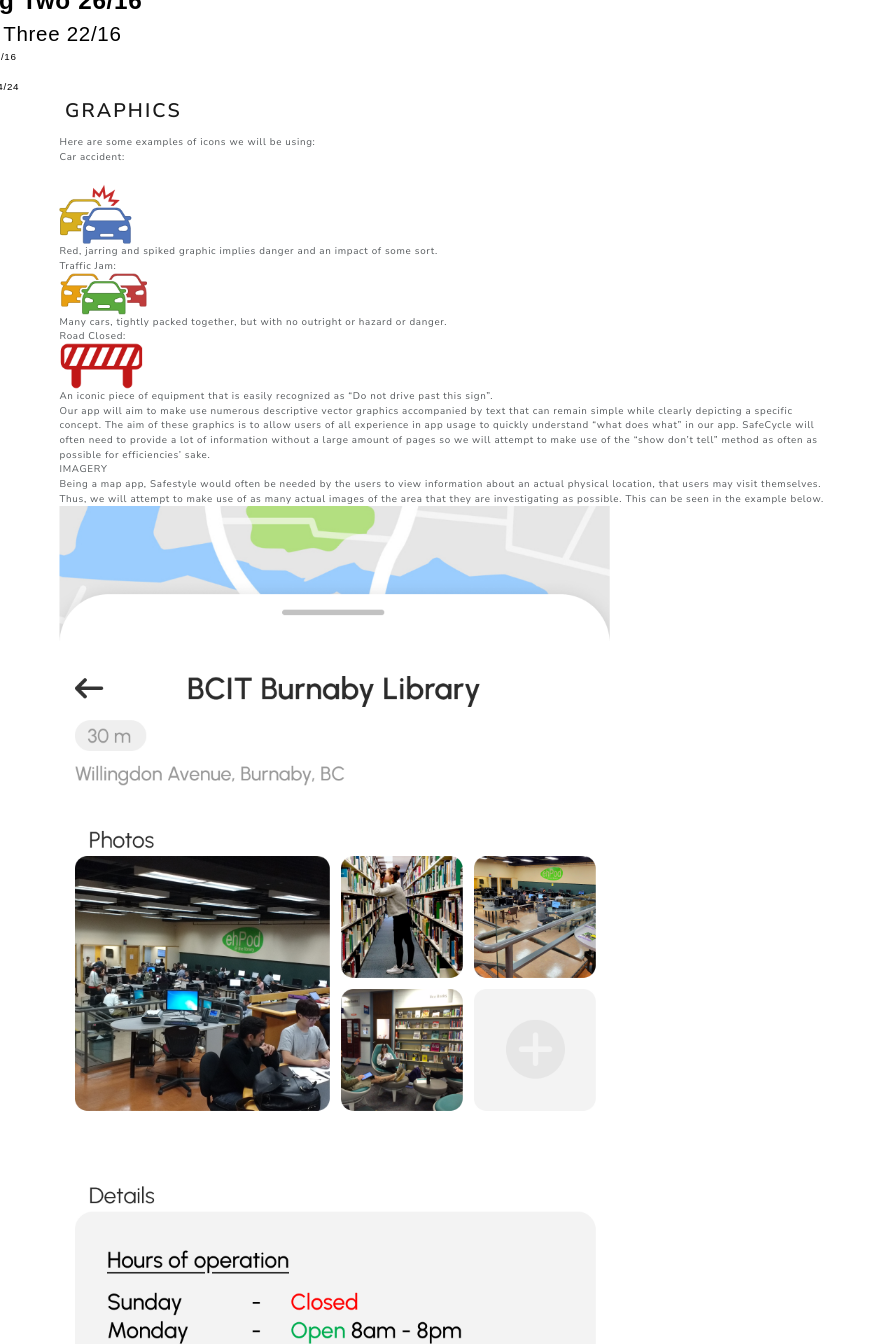
Repository: Aladdin3r/safecycle-styleguide
Page: /
An editor plug-in stored every save of this project. The page is shown before and after the next save, followed by the edit.
The browser window is 1280 px wide. The pictures show the part of the page from y = 2827 to 4747 px (the page is 5383 px tall before and 5369 px after), at 70% of full size.
The project was rebuilt for these pictures with package versions that can differ from the ones it lists, and the page was loaded fresh each time. The framework's server and built-in components were replaced by stand-ins that run in the browser. Also part of the build but not shown: next.config.mjs.

Above is the page before, as saved 2024-04-09 22:19:31.

After the next save:
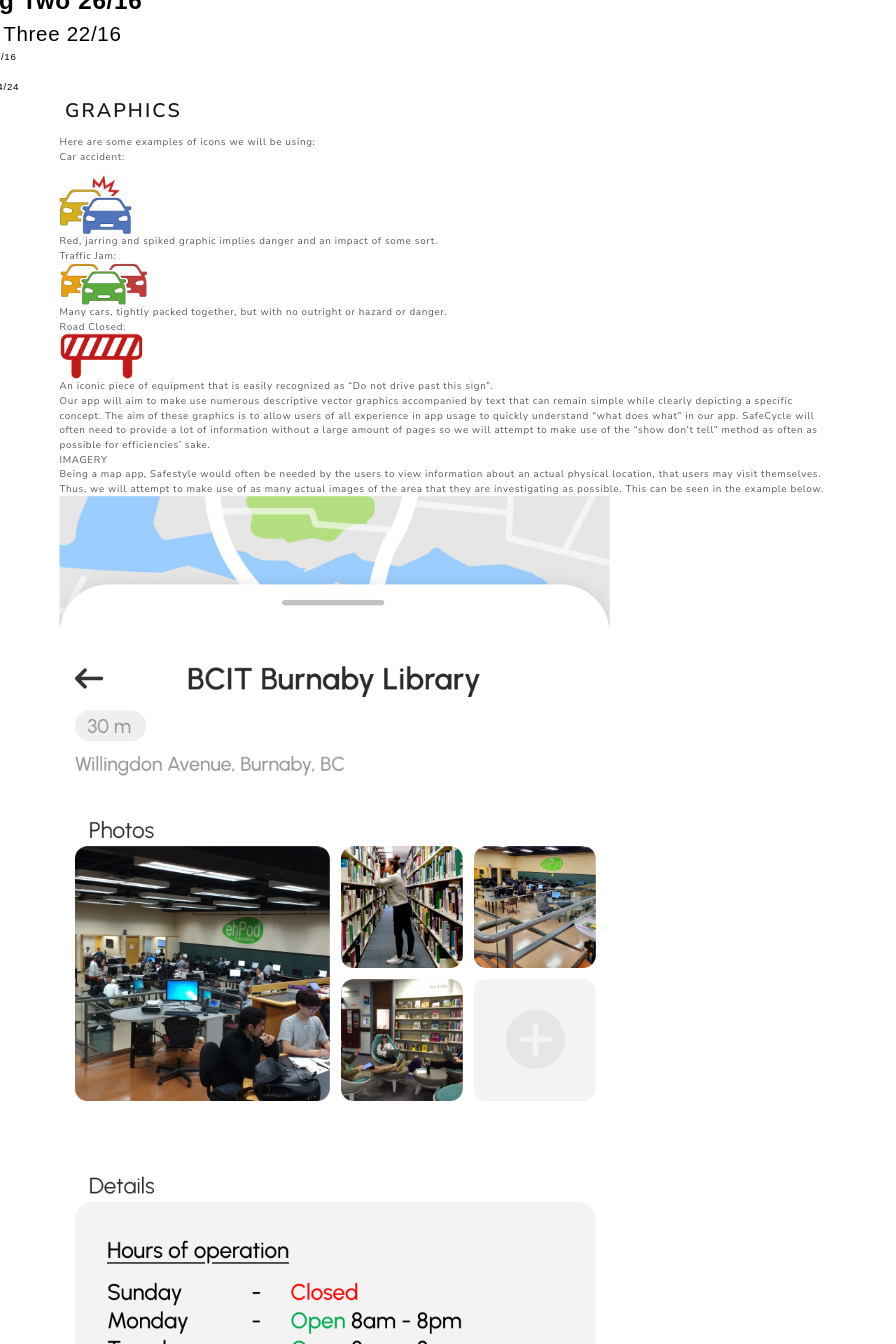
Saved 4 s later.
--- a/styles/Home.module.css
+++ b/styles/Home.module.css
@@ -65,5 +65,5 @@
 }
 
 .carCrash{
-  margin-top: 2em;
+  margin-top: 1em;
 }
